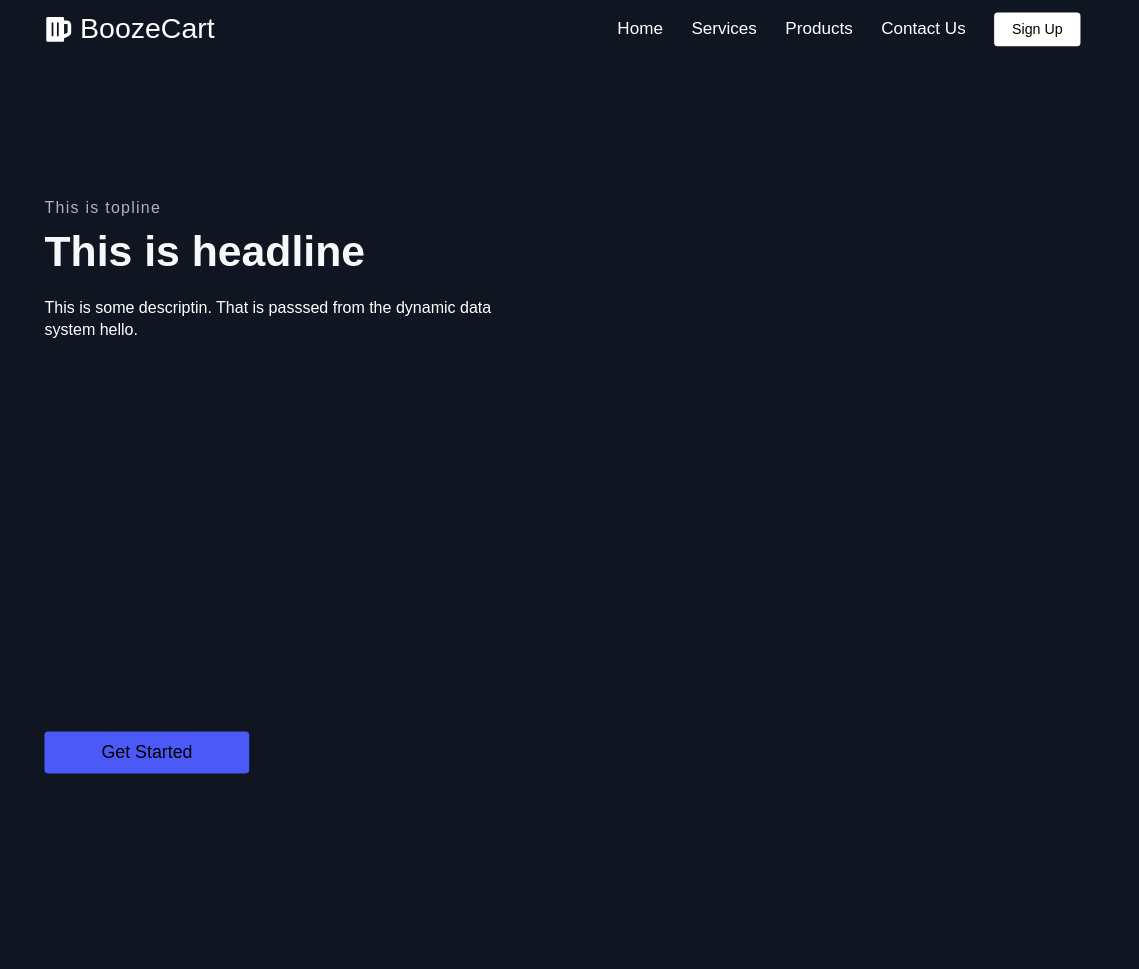
Repository: ajaygc95/Django-and-react
Page: / (app in galamart_sell/boozecart/)
An editor plug-in stored every save of this project. The page is shown before and after the next save, followed by the edit.
The browser window is 1280 px wide. The pictures show the whole page, at 89% of full size.
The project was rebuilt for these pictures with package versions that can differ from the ones it lists, and the page was loaded fresh each time.

Above is the page before, as saved 2021-04-13 00:01:04.

### galamart_sell/boozecart/src/App.js
import { Navbar } from "./components";
import { BrowserRouter as Router, Switch, Route } from "react-router-dom";
import GlobalStyle from "./globalStyles";
import Home from "./pages/HomePage/Home";
function App() {
  return (
    <Router>
      <GlobalStyle />
      <Navbar></Navbar>
      <Switch>
        <Route path="/" exact component={Home}></Route>
      </Switch>
    </Router>
  );
}

export default App;

### galamart_sell/boozecart/src/components/index.js
export { default as Navbar } from "./NavBar/Navbar";
export { default as InfoSection } from "./InfoSection/InfoSection";

### galamart_sell/boozecart/src/globalStyles.js
import styled, { createGlobalStyle } from "styled-components";

const GlobalStyle = createGlobalStyle`
*{
    box-sizing: border-box;
    margin: 0;
    padding: 0;
    font-family: 'Source Sans Pro', sans-serif;
}

`;

export const Container = styled.div`
  z-index: 1;
  width: 100%;
  margin-right: auto;
  margin-left: auto;
  max-width: 1300px;
  padding-right: 50px;
  padding-left: 50px;

  @media screen and (max-width: 991px) {
    padding-right: 30px;
    padding-left: 30px;
  }
`;

export const Button = styled.button`
  border-radius: 4px;
  background: ${({ primary }) => (primary ? "#4b59f7" : "white")};
  white-space: nowrap;
  padding: ${({ big }) => (big ? "12px 64px" : "10px 20px")};
  font-size: ${({ fontBig }) => (fontBig ? "20px" : "16px")};
  outline: none;
  border: none;
  cursor: pointer;

  &:hover {
    transition: all 0.3s ease-out;
    background: ${({ primary }) => (primary ? "#0467fb" : "#4b59f7")};
    color: white;
  }

  @media screen and (max-width: 960px) {
    width: 100%;
  }
`;

export default GlobalStyle;

### galamart_sell/boozecart/src/pages/HomePage/Home.js
import React from "react";
import { InfoSection } from "../../components";
import { homeObj } from "./Data";

const Home = () => {
  return (
    <>
      <InfoSection {...homeObj}></InfoSection>
    </>
  );
};

export default Home;

### galamart_sell/boozecart/src/components/NavBar/Navbar.js
import React, { useEffect, useState } from "react";
import { FaBars, FaTimes } from "react-icons/fa";
import { Button } from "../../globalStyles";

import {
  Nav,
  NavbarContainer,
  NavIcon,
  NavLogo,
  MobileIcon,
  NavMenu,
  NavItem,
  NavLinks,
  NavItemBtn,
  NavBtnLink,
} from "./Navbar.element";

const Navbar = () => {
  const [click, setClick] = useState(false);
  const [button, setButton] = useState(true);
  const handleClick = () => setClick(!click);

  const showButton = () => {
    if (window.innerWidth <= 960) {
      setButton(false);
    } else {
      setButton(true);
    }
  };

  useEffect(() => {
    showButton();
  });
  window.addEventListener("resize", showButton);
  return (
    <>
      <Nav>
        <NavbarContainer>
          <NavLogo to="/">
            <NavIcon />
            BoozeCart
          </NavLogo>
          <MobileIcon onClick={handleClick}>
            {click ? <FaTimes /> : <FaBars />}
          </MobileIcon>
          <NavMenu onClick={handleClick} click={click}>
            <NavItem>
              <NavLinks to="/">Home</NavLinks>
            </NavItem>
            <NavItem>
              <NavLinks to="/services">Services</NavLinks>
            </NavItem>
            <NavItem>
              <NavLinks to="/Products">Products</NavLinks>
            </NavItem>
            <NavItem>
              <NavLinks to="/contact">Contact Us</NavLinks>
            </NavItem>
            <NavItemBtn>
              {button ? (
                <NavBtnLink to="/sign-up">
                  <Button> Sign Up</Button>
                </NavBtnLink>
              ) : (
                <NavBtnLink to="/sign-up">
                  <Button fontBig primary>
                    Sign Up
                  </Button>
                </NavBtnLink>
              )}
            </NavItemBtn>
          </NavMenu>
        </NavbarContainer>
      </Nav>
    </>
  );
};

export default Navbar;

### galamart_sell/boozecart/src/components/InfoSection/InfoSection.js
import React from "react";
import { Link } from "react-router-dom";
import { Button, Container } from "../../globalStyles";
import {
  Heading,
  InfoColumn,
  InfoRow,
  InfoSec,
  Subtitle,
  TextWrapper,
  TopLine,
} from "./InfoSection.element";

const InfoSection = ({
  primary,
  lightBg,
  imgStart,
  lightTopLine,
  lightTextDesc,
  buttonLabel,
  description,
  headline,
  lightText,
  topLine,
}) => {
  return (
    <>
      <InfoSec lightBg={lightBg}>
        <Container>
          <InfoRow imgStart={imgStart}>
            <InfoColumn>
              <TextWrapper>
                <TopLine lightTopLine={lightTopLine}>{topLine}</TopLine>
                <Heading lightText={lightText}>{headline}</Heading>
                <Subtitle lightText={lightTextDesc}>{description}</Subtitle>
                <Link to="/sign-up">
                  <Button big fontBig primary={primary}>
                    {buttonLabel}
                  </Button>
                </Link>
              </TextWrapper>
            </InfoColumn>
          </InfoRow>
        </Container>
      </InfoSec>
    </>
  );
};

export default InfoSection;

### galamart_sell/boozecart/src/pages/HomePage/Data.js
export const homeObj = {
  lightBg: false,
  primary: true,
  lightBg: false,
  imgStart: "",
  lightTopLine: true,
  lightTextDesc: true,
  buttonLabel: "Get Started",
  description:
    "This is some descriptin. That is passsed from the dynamic data system hello. ",
  headline: "This is headline ",
  lightText: true,
  topLine: "This is topline",
};

### galamart_sell/boozecart/src/components/NavBar/Navbar.element.js
import styled from "styled-components";
import { Container } from "../../globalStyles";
import { Link } from "react-router-dom";
import { FaBeer } from "react-icons/fa";

export const Nav = styled.nav`
  background: #101522;
  height: 65px;
  display: flex;
  justify-content: center;
  align-items: center;
  font-size: 1.2rem;
  position: sticky;
  top: 0;
  z-index: 999;
  color: white;
`;

export const NavbarContainer = styled(Container)`
  display: flex;
  justify-content: space-between;
  align-items: center;
  height: 65px;
$(Container)

`;

export const NavLogo = styled(Link)`
  color: #fff;
  justify-self: flex-start;
  cursor: pointer;
  text-decoration: none;
  font-size: 2rem;
  display: flex;
  align-items: center;
`;

export const NavIcon = styled(FaBeer)`
  margin-right: 0.5rem;
  color: white;
`;

export const MobileIcon = styled.div`
  display: none;

  @media screen and (max-width: 960px) {
    display: flex;
    align-items: center;
    display: block;
    position: absolute;
    right: 10px;
    line-height: 65px;
    font-size: 2rem;
    cursor: pointer;
  }
`;

export const NavMenu = styled.ul`
  display: flex;
  align-items: center;
  text-align: center;
  list-style: none;

  @media screen and (max-width: 960px) {
    display: flex;
    flex-direction: column;
    width: 100%;
    height: 90vh;
    position: absolute;
    top: 65px;
    left: ${({ click }) => (click ? 0 : "-100%")};
    opacity: 1;
    transition: all 0.3s ease;
    background: #101522;
  }
`;

export const NavItem = styled.li`
  height: 65px;
  border-bottom: 2px solid transparent;

  &:hover {
    border-bottom: 2px solid #0467fb;
  }

  @media screen and (max-width: 960px) {
    width: 100%;
    align-items: center;
    &:hover {
      border: none;
    }
  }
`;

export const NavLinks = styled(Link)`
  color: #fff;
  display: flex;
  align-items: center;
  text-decoration: none;
  padding: 0.5rem 1rem;
  height: 100%;

  &:hover {
    color: #0467fb;
  }

  @media screen and (max-width: 960px) {
    text-align: center;
    padding: 2rem;
    width: 100%;
    display: table;

    &:hover {
      color: #4b59f7;
      transition: all 0.3s ease;
    }
  }
`;

export const NavItemBtn = styled.li`
  display: flex;
  @media screen and (max-width: 960px) {
    display: flex;
    justify-content: center;
    width: 100%;
    width: 100%;
    height: 120px;
  }
`;

export const NavBtnLink = styled(Link)`
  display: flex;
  justify-content: center;
  align-items: center;
  text-decoration: none;
  padding: 8px 16px;
  height: 100%;
  width: 100%;
  border: none;
  outline: none;
`;

### galamart_sell/boozecart/src/components/InfoSection/InfoSection.element.js
import styled from "styled-components";

export const InfoSec = styled.div`
  color: #fff;
  padding: 160px 0;
  background: ${({ lightBg }) => (lightBg ? "#fff" : "#101522")};
`;

export const InfoRow = styled.div`
  display: flex;
  margin: 0 -15px -15px -15px;
  flex-wrap: wrap;
  align-items: center;
  flex-direction: ${({ imgStart }) => (imgStart ? "row-reverse" : "row")};
`;

export const InfoColumn = styled.div`
  margin-bottom: 15px;
  padding-right: 15px;
  padding-left: 15px;
  flex: 1;
  max-width: 50%;
  flex-basis: 50%;

  @media screen and (max-width: 768px) {
    max-width: 100%;
    flex-basis: 100%;
    display: flex;
    justify-content: center;
  }
`;

export const TextWrapper = styled.div`
  max-width: 540px;
  padding-top: 0;
  padding-bottom: 60px;

  @media screen and (max-width: 768px) {
    padding-bottom: 65px;
  }
`;

export const TopLine = styled.div`
  color: ${({ lightTopLine }) => (lightTopLine ? "#a9b3c1" : "#4b59f7")};
  font-size: 18px;
  line-height: 16px;
  letter-spacing: 1.4px;
  margin-bottom: 16px;
`;

export const Heading = styled.h1`
  margin-bottom: 24px;
  font-size: 48px;
  line-height: 1.1;
  color: ${({ lightText }) => (lightText ? "#f7f8fa" : "#1c2237")};
`;

export const Subtitle = styled.p`
  margin-bottom: 440px;
  font-size: 35px;
  font-size: 18px;
  line-height: 24px;
  color: ${({ lightTextDesc }) => (lightTextDesc ? "white" : "white")};
`;

Loaded but not shown: galamart_sell/boozecart/public/index.html (common file); galamart_sell/boozecart/src/index.js (common file)

After the next save:
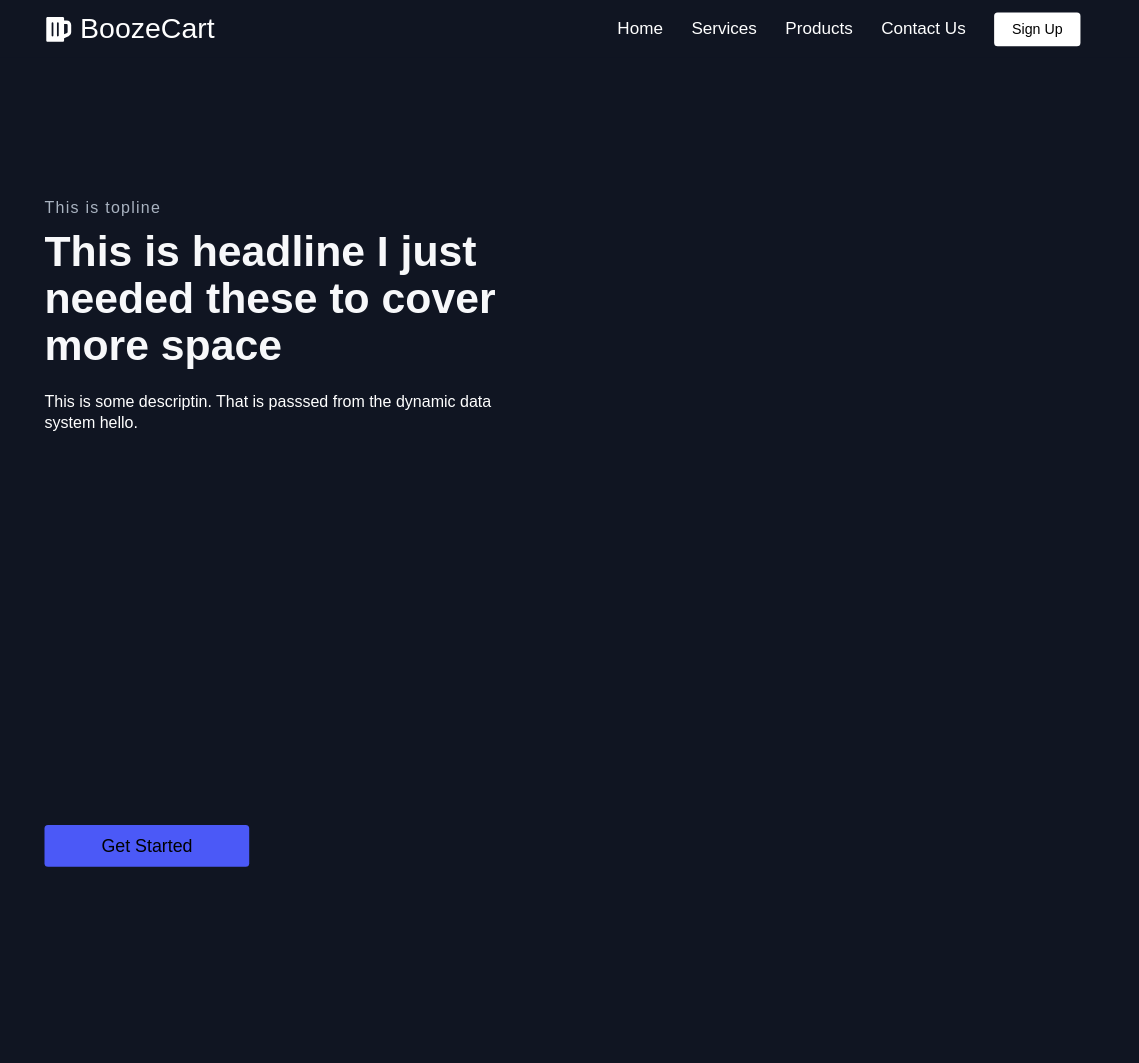
Saved 8 s later.
--- a/galamart_sell/boozecart/src/pages/HomePage/Data.js
+++ b/galamart_sell/boozecart/src/pages/HomePage/Data.js
@@ -8,7 +8,7 @@ export const homeObj = {
   buttonLabel: "Get Started",
   description:
     "This is some descriptin. That is passsed from the dynamic data system hello. ",
-  headline: "This is headline ",
+  headline: "This is headline I just needed these to cover more space",
   lightText: true,
   topLine: "This is topline",
 };
